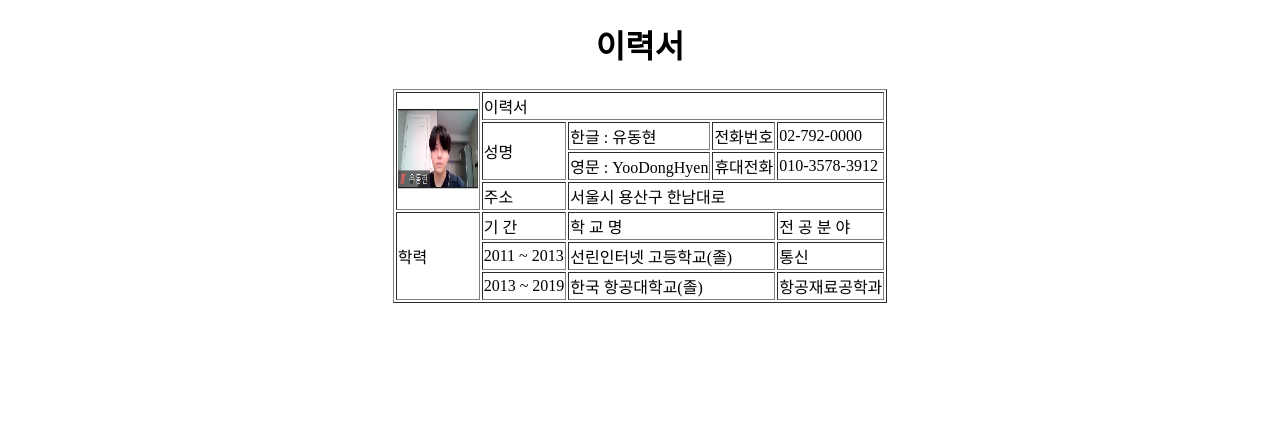
Repository: DongHyenYoo/DongHyen
Page: JdbcStudy/HTMLTEST/WebContent/resume.html
The author's editor kept a copy of each file at every save. The page is drawn from the files as they stood at one save, then again after the next save.
The browser window is 1280 px wide. The pictures show the whole page.

Above is the page before, as saved 2022-09-23 08:25:29.

### JdbcStudy/HTMLTEST/WebContent/resume.html
<!DOCTYPE html>
<html>
<head>
<meta charset="UTF-8">
<title>이력서</title>
</head>
<body>
<h1 align = "center">이력서</h1>
<table border="1" align = "center">
<tr>
<td rowspan="4"><img src="Test.jpg" width = "80" height="80" alt="테스트"></td> <td colspan="4">이력서</td>
</tr>

<tr>
 <td rowspan="2">성명</td> <td>한글 : 유동현</td> <td>전화번호</td> <td> 02-792-0000</td>
</tr>

<tr>
 <td>영문 : YooDongHyen</td> <td>휴대전화</td> <td>010-3578-3912</td>
</tr>

<tr>
 <td>주소</td> <td colspan="3">서울시 용산구 한남대로</td>
</tr>

<tr>
 <td rowspan = "3">학력</td> <td>기&nbsp;간</td> <td colspan="2">학&nbsp;교&nbsp;명</td> <td>전&nbsp;공&nbsp;분&nbsp;야</td>
</tr>

<tr>
 <td>2011 ~ 2013</td>  <td colspan="2">선린인터넷 고등학교(졸)</td> <td>통신</td>
</tr>

<tr>
 <td>2013 ~ 2019</td> <td colspan="2">한국 항공대학교(졸)</td> <td>항공재료공학과</td>
</tr>


</table>
</body>
</html>

After the next save:
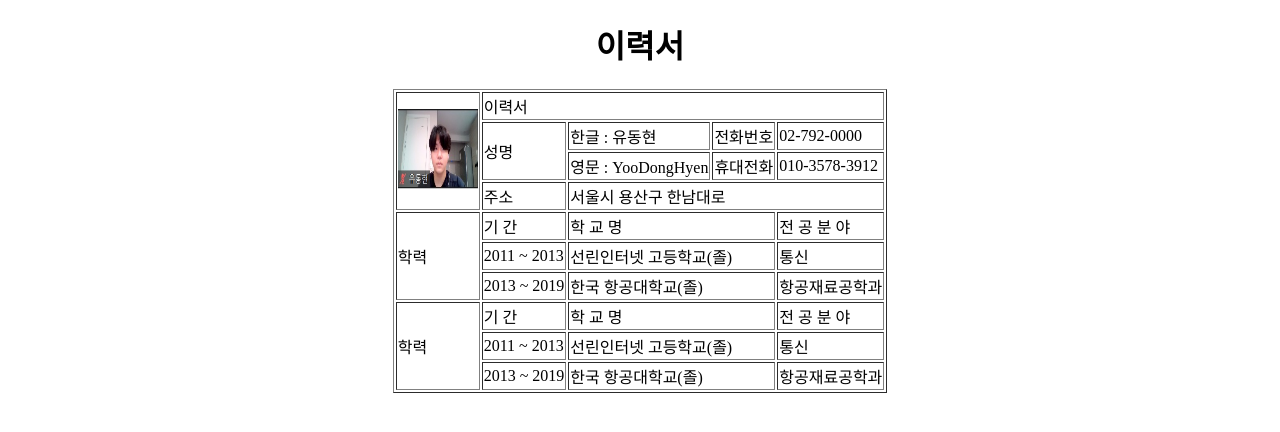
Saved 5 min 56 s later.
--- a/JdbcStudy/HTMLTEST/WebContent/resume.html
+++ b/JdbcStudy/HTMLTEST/WebContent/resume.html
@@ -36,6 +36,19 @@
 </tr>
 
 
+<tr>
+ <td rowspan = "3">학력</td> <td>기&nbsp;간</td> <td colspan="2">학&nbsp;교&nbsp;명</td> <td>전&nbsp;공&nbsp;분&nbsp;야</td>
+</tr>
+
+<tr>
+ <td>2011 ~ 2013</td>  <td colspan="2">선린인터넷 고등학교(졸)</td> <td>통신</td>
+</tr>
+
+<tr>
+ <td>2013 ~ 2019</td> <td colspan="2">한국 항공대학교(졸)</td> <td>항공재료공학과</td>
+</tr>
+
+
 </table>
 </body>
 </html>
